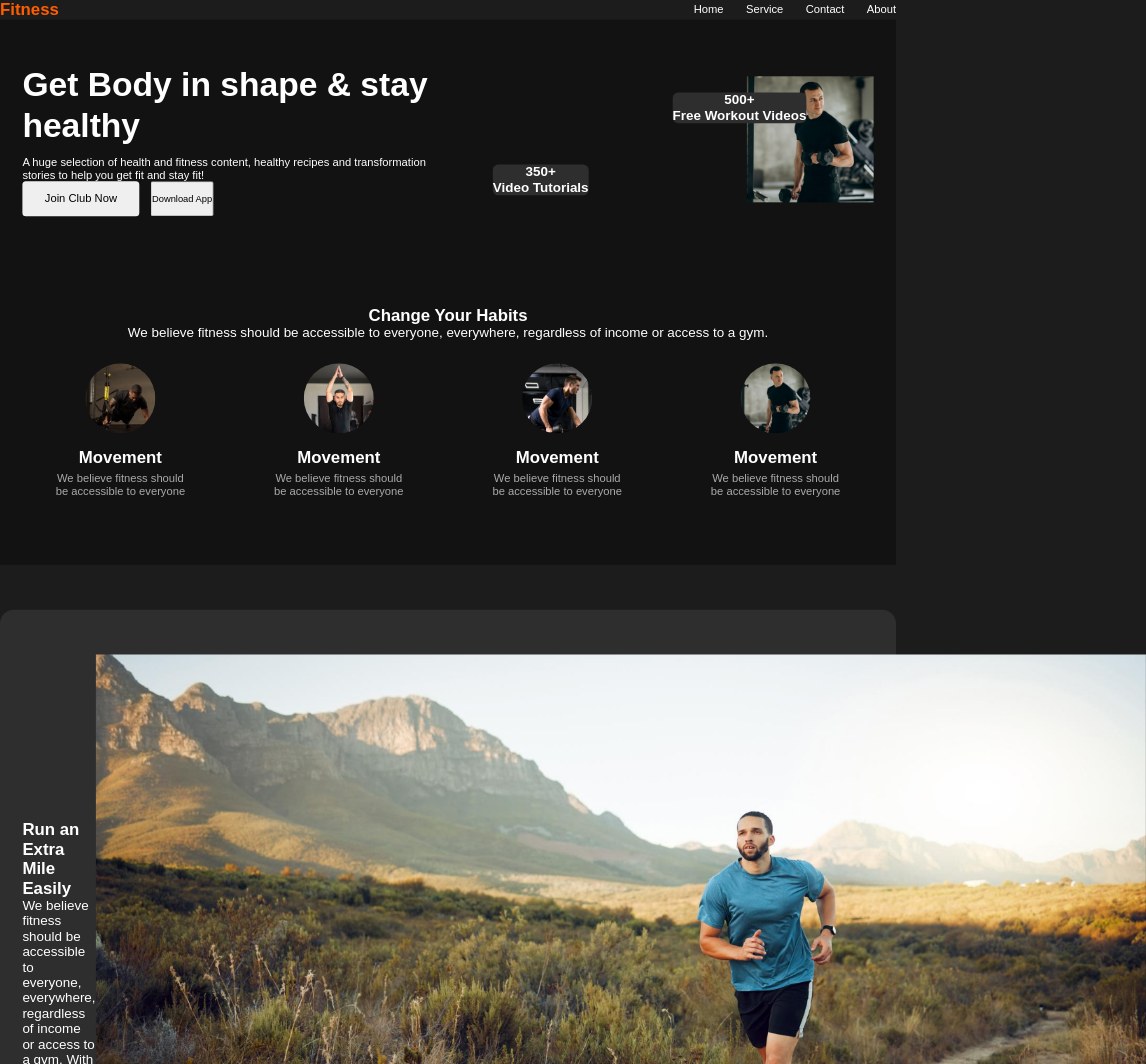
Repository: Aminul-Islam85/Assignment-2
Page: index.html
The author's editor kept a copy of each file at every save. The page is drawn from the files as they stood at one save, then again after the next save.
The browser window is 1280 px wide. The page is 1637 px wide, so the pictures cover 1637 px, including what lies to the right of the window. The pictures show the part of the page from y = 0 to 1520 px (the page is 8840 px tall before and 8872 px after), at 70% of full size.

Above is the page before, as saved 2024-10-23 17:43:34.

### index.html
<!DOCTYPE html>
<html lang="en">
<head>
    <meta charset="UTF-8">
    <meta name="viewport" content="width=device-width, initial-scale=1.0">
    <title>Fitness Website</title>
    <link rel="stylesheet" href="styles.css">
</head>
<body>

    <nav class="navbar">
        <h1 class="heading-text"></a>Fitness</h1>
        <ul class="nav-links">
            <li><a href="#"></a>Home</li>
            <li><a href="#"></a>Service</li>
            <li><a href="#"></a>Contact</li>
            <li><a href="#"></a>About</li>
        </ul>
        <div class="hamburger">
            <span></span>
            <span></span>
            <span></span>
        </div>
    </nav>

    <section class="hero">
        <div class="hero-content">
            <h1>Get Body in <span class="highlighted">shape</span> & stay healthy</h1>
            <p>A huge selection of health and fitness content, healthy recipes and transformation stories to help you get fit and stay fit!</p>
            <div class="hero-buttons">
                <button class="cta-btn join-btn"> Join Club Now</button>
                <button cta-btn download-btn>Download App</button>
            </div>
        </div>
        <div class="hero-image">
            <img src="images/image 5.png" alt="Trainer">
        </div>

        <div class="info-card workout-card">500+<br>Free Workout Videos</div>
        <div class="info-card tutorial-card">350+<br>Video Tutorials</div>
    </section>

    <section class="habits">
        <h1>Change Your Habits</h1>
        <p>We believe fitness should be accessible to everyone, everywhere, regardless of income or access to a gym.</p>
        <div class="habits-gallery">
            <div class="habit-item">
                <img src="images/image 3.png" alt="Movement">
                <h3>Movement</h3>
                <p>We believe fitness should be accessible to everyone</p>
            </div>
            <div class="habit-item">
                <img src="images/image 2.png" alt="Time">
                <h3>Movement</h3>
                <p>We believe fitness should be accessible to everyone</p>
            </div>
            <div class="habit-item">
                <img src="images/image 4.png" alt="Practice">
                <h3>Movement</h3>
                <p>We believe fitness should be accessible to everyone</p>
            </div>
            <div class="habit-item">
                <img src="images/image 5.png" alt="Wait Loss">
                <h3>Movement</h3>
                <p>We believe fitness should be accessible to everyone</p>
            </div>
        </div>

    </section>

    <section class="extra-mile">
        <div class="extra-mile-content">
            <h2>Run an Extra Mile Easily</h2>
            <p>We believe fitness should be accessible to everyone, everywhere, regardless of income or access to a gym. With hundreds of professional workouts.</p>
            <button class="cta-btn extra-mile-btn">Join NOW</button>
        </div>
        <div class="extra-mile-image">
            <img src="images/run.jpg" alt="Run Image">
        </div>
    </section>

    <section trainings-exercises>
        <h2>Trainings and Exercises</h2>
        <p>We believe fitness should be accessible to everyone, everywhere, regardless of income or access to a gym.</p>
        <div>
            <div class="exercise-item">
                <img src="images/exercise1.jpg" alt="Exercise-1">
                <div exercise-overlay>
                    <p>Lorem Ipsum</p>
                </div>

            </div>
            <div class="exercise-item">
                <img src="images/exercise2.png" alt="Exercise-2">
                <div exercise-overlay>
                    <p>Lorem Ipsum</p>
                </div>
            </div>
            <div class="exercise-item">
                <img src="images/exercise3.png" alt="Exercise-3">
                <div exercise-overlay>
                    <p>Lorem Ipsum</p>
                </div>
            </div>
            <div class="exercise-item">
                <img src="images/exercise4.png" alt="Exercise-4">
                <div exercise-overlay>
                    <p>Lorem Ipsum</p>
                </div>
            </div>
            <div class="exercise-item">
                <img src="images/exercise5.jpg" alt="Exercise-5">
                <div exercise-overlay>
                    <p>Lorem Ipsum</p>
                </div>
            </div>
            <div class="exercise-item">
                <img src="images/run.jpg" alt="">
                <div exercise-overlay>
                    <p>Lorem Ipsum</p>
                </div>
            </div>
        </div>
    </section>

    <section bmi-calculator>
        <div class="bmi-title">
            <h2>BMI Calculator</h2>
            <p>We believe fitness should be accessible to everyone, everywhere, regardless of income or access to a gym.</p>
        </div>
        <div class="bmi-content">
            <div class="bmi-chart">
                <h3>BMI Calculator Chart</h3>
                <table>
                    <thead>
                        <tr>
                            <th>BMI</th>
                            <th>Weight Status</th>
                        </tr>
                    </thead>
                    <tbody>
                        <tr>
                            <td>Below 18.5</td>
                            <td>Underweight</td>
                        </tr>
                        <tr>
                            <td>18.5 - 24.9</td>
                            <td>Healthy</td>
                        </tr>
                        <tr>
                            <td>25.0 - 29.9</td>
                            <td>Overweight</td>
                        </tr>
                        <tr>
                            <td>30.0 - and Above</td>
                            <td>Obese</td>
                        </tr>
                    </tbody>
                </table>
            </div>

            <div>
                <h3>Calculate your BMI</h3>
                <p>We believe fitness should be accessible to everyone, everywhere, regardless of income or access to a gym.</p>
                <form>
                    <input type="text" placeholder="Height/cm">
                    <input type="text" placeholder="Weight/kg">
                    <input type="text" placeholder="Age">
                    <select>
                        <option value="">Sex</option>
                        <option value="">Male</option>
                        <option value="">Female</option>
                    </select>
                    <select>
                        <option value="">Select an activity factor</option>
                        <option value="">Sedentary</option>
                        <option value="">Lightly active</option>
                        <option value="">Moderatly active</option>
                        <option value="">Very active</option>
                    </select>
                </form>
            </div>
        </div>
    </section>

    <section class="team-selection">
        <div class="team-title">
            <h2>Meet Our Team</h2>
            <p>We believe fitness should be accessible to everyone, everywhere, regardless of income or access to a gym.</p>
        </div>
        <div class="team-content">
            <div class="team-member">
                <img src="images/trainer1.png" alt="Jerome Bell">
                <div class="team-overlay">
                    <h3>Jerome Bell</h3>
                    <p>Trainer</p>
                </div>
            </div>
            <div class="team-member">
                <img src="images/trainer2.png" alt="Cameron Williamson">
                <div team-overlay>
                    <h3>Cameron Williamson</h3>
                    <p>Trainer</p>
                </div>
            </div>
            <div class="team-member">
                <img src="images/trainer3.png" alt="Darrell Steward">
                <div team-overlay>
                    <h3>Darrell Steward</h3>
                    <p>Trainer</p>
                </div>
            </div>
            <div class="team-member">
                <img src="images/trainer4.png" alt="Dianne Russell">
                <div team-overlay>
                    <h3>Dianne Russell</h3>
                    <p>Trainer</p>
                </div>
            </div>
            <div class="team-member">
                <img src="images/trainer5.png" alt="Cody Fisher">
                <div team-overlay>
                    <h3>Cody Fisher</h3>
                    <p>Trainer</p>
                </div>
            </div>
            <div class="team-member">
                <img src="images/trainer6.png" alt="Theresa Webb">
                <div team-overlay>
                    <h3>Theresa Webb</h3>
                    <p>Trainer</p>
                </div>
            </div>
        </div>
    </section>

    <footer class="footer-section">
        <div class="footer-content">
            <div class="footer-brand">
                <h2 class="footer-logo">Fitness</h2>
                <p>We believe fitness should be accessible to everyone, everywhere, regardless of income or access to a gym.</p>
            </div>
            <div class="footer-links">
                <h3>Get Startted</h3>
                <ul>
                    <li><a href="#">Service</a></li>
                    <li><a href="#">Contact Us</a></li>
                    <li><a href="#">Affiliate Program</a></li>
                    <li><a href="#">About Us</a></li>
                </ul>

            </div>
            <div class="footer-links">
                <h3>Get Started</h3>
                <ul>
                    <li><a href="#">Fitness</a></li>
                    <li><a href="#">Platform</a></li>
                    <li><a href="#">Workout Library</a></li>
                    <li><a href="#"></a>App Design</li>
                </ul>
            </div>
        </div>
    </footer>
</body>
</html>

### styles.css
/*Global Styles*/
* {
    margin: 0;
    padding: 0;
    box-sizing: border-box;
}

body {
    font-family: 'Arial', sans-serif;
    background-color:#1c1c1c;
    color: #fff;
}

/*Navbar*/
.navbar {
    display: flex;
    justify-content: space-between;
    align-items: center;
    padding: 1 rem 2 rem;
    background-color: transparent;
}

.heading-text {
    font-size: 1.5rem;
    color: #ff5e00;
}

/*nav-link hidden in moble*/
.nav-links {
    list-style: none;
    display: flex;
    gap: 2rem;
}

.nav-links a {
    color: #fff;
    text-decoration: none;
    font-size: 1rem;
}

/*Hamburger menu hidden in desktop*/
.hamburger {
    display: none;
    flex-direction: column;
    cursor: pointer;
}

.hamburger span {
    width: 25px;
    height: 3px;
    background-color: #fff;
    margin: 4px;
    transition: 0.3s;
}

/*responsiveness*/

@media (max-width: 768px) {
    .nav-links {
        display: none;
    }
    .hamburger {
        display: flex;
    }
    /*hamburger clicked show nav-links*/
    .navbar.active .nav-links {
        display: flex;
        flex-direction: column;
        position: absolute;
        top: 60px;
        right: 0;
        background-color: #121212;
        width: 100%;
        height: auto;
        text-align: center;
        padding: 1rem 0;
    }
    .nav-links li {
        margin: 1rem 0;
    }
}

/* Hero section*/
.hero {
    display: flex;
    justify-content: space-between;
    align-items: center;
    padding: 4rem 2rem;
    background-color: #121212;
    position: relative;
}
.hero-content {
    max-width: 50%;
}

.hero h1 {
    font-size: 3rem;
    line-height: 1.2;
    margin-bottom: 1rem;
}

.hero.highlighted {
    font-style: italic;
    font-weight: 700;
    color: #ff5e00;
}

hero p {
    font-size: 1.2rem;
    margin-bottom: 2rem;
}

.hero-buttons {
    display: flex;
    gap: 1rem;
}

.cta-btn {
    padding: 1rem 2rem;
    font-size: 1rem;
    border: none;
    border-radius: 5px;
    cursor: pointer;
}

.join.btn {
    background-color: #ff5e00;
    color: #fff;
}

.download-btn {
    background-color: transparent;
    border: 2px solid #fff;
    color: #fff;

}

.hero-image img {
    max-width: 100%;
    height: auto;
}

/*Info Cards*/
.info-card {
    position: absolute;
    background-color: #2e2e2e;
    color: white;
    border-radius: 8px;
    padding: 1re 1.5rem;
    font-size: 1.2rem;
    font-weight: bold;
    text-align: center;
}

.workout-card {
    top: 30%;
    right: 10%;
}

.tutorial-card {
    top: 60%;
    left: 55%;
}

/*Hero reponsive for mobile*/
@media (max-width: 768px) {
.hero {
    flex-direction: column;
    text-align: center;
}
.hero-content {
    max-width: 100%;
    margin-bottom: 2rem;
}
.hero-image img {
    max-width: 100%;
    height: auto;
}
.info-card {
    font-size: 1rem;
    padding: 0.75rem 1 rem;
    position: relative;
    margin: 1rem auto;
    width: auto;
}
.workout-card, .tutorial-card {
    top: auto;
    left: auto;
    right: auto;
    transform: none;
    margin-bottom: 1rem;
 }
}

/*Hero Buttons on mobile*/
@media (max-width:480px) {
    .hero-buttons {
        flex-direction: column;
        gap: 1rem;
    }
    .cta-btn {
        width: 100%;
    }
}

/*Change habit section*/
.habits {
    padding: 4rem 2rem;
    text-align: center;
    background-color: #121212;
}

.habits h2 {
    font-size: 2.5rem;
    margin-bottom: 1rem;
}

.habits p {
    font-size: 1.2rem;
    margin-bottom: 2rem;
}

.habits-gallery {
    display: flex;
    justify-content: space-around;
    align-items: center;
    flex-wrap: wrap;
    gap: 2rem;
}

.habit-item {
    text-align: center;
    max-width: 200px;
}

.habit-item img {
    width: 100px;
    height: 100px;
    border-radius: 50%;
    margin-bottom: 1rem;
}

.habit-item h3 {
    font-size: 1.5rem;
    margin-bottom: 0.5rem;
}
.habit-item p {
    font-size: 1rem;
    color: #aaa;
}

/*Extra mile section*/
.extra-mile {
    display: flex;
    justify-content: space-between;
    align-items: center;
    background-color: #2e2e2e;
    padding: 4rem 2rem;
    border-radius: 20px;
    margin: 4rem 0;
}

.extra-mile-content {
    max-width: 50%;
}
extra-mile h2 {
    font-size: 2.5rem;
    margin-bottom: 1rem;
}
.extra-mile p {
    font-size: 1.2rem;
    margin-bottom: 2rem;
}
.extra-mile btn {
    background-color: #ff5e00;
    color: white;
    border: none;
    padding: 1rem 2rem;
    border-radius: 5px;
    cursor: pointer;
}
.extra-mile image img {
    border-radius: 10px;
    max-width: 100%;
}
/*Footer*/
footer {
    text-align: center;
    padding: 1rem;
    background-color: #333;
    color: #fff;
    margin-top: 2rem;
}
/*responsive design*/
@media (max-width: 768px) {
    .hero h1 {
        font-size: 2rem;
    }
    .hero p {
        font-size: 1rem;
    }
    .extra-mile {
        flex-direction: column;
        text-align: center;
    }
    .extra-mile-content, .extra-mile-image {
        max-width: 100%;
    }
}

@media (max-width: 480px) {
    hero h1 {
        font-size: 1.5rem;
    }
    .hero p {
        font-size: 0.9rem;
    }
}

/* Trainings and Exercise*/
.trainings-exercises {
    padding: 4rem 2rem;
    text-align: center;
    background-color: #121212;
}

.trainings-exercises h2 {
    font-size: 2.5rem;
    margin-bottom: 1rem;
}
.trainings-exercises p {
    font-size: 1.2rem;
    margin-bottom: 2rem;
    color: #aaa;
}
.exercise-gallery {
    display: grid;
    grid-template-columns: repeat(3, 1fr);
    gap: 1rem;
}
.exercise-item {
    position: relative;
}
.exercise-item img {
    width: 100%;
    height: auto;
    border-radius: 10px;
}
.exercise-overlay {
    position: absolute;
    top: 0;
    left: 0;
    width: 100%;
    height: 100%;
    background-color: rgba(0, 0, 0, 0.5);
    color: white;
    display: flex;
    justify-content: center;
    align-items: center;
    opacity: 0;
    transition: opacity 0.3s ease;
    border-radius: 10px;
}
.exercise-item:hover .exercise-overlay {
    opacity: 1;
}
.exercise-overlay p {
    font-size: 1.2rem;
    text-align: center;
}

/*BMI*/
.bmi-calculator {
    background-color: #121212;
    padding: 4rem 2rem;
}
.bmi-title {
    text-align: center;
    margin-bottom: 2rem;
}
.bmi-title h2 {
    font-size: 2.5rem;
    margin-bottom: 1rem;
    color: #fff;
}
.bmi-title p {
    font-size: 1.2rem;
    color: #aaa;
}

/*calculator*/
.bmi-content {
    display: flex;
    justify-content: space-between;
    align-items: flex-start;
    background-color: #2e2e2e;
    padding: 2rem;
    border-radius: 20px;
}
.bmi-chart {
    flex: 1;
    margin-right: 2rem;
}
.bmi-chart h3 {
    color:#fff;
    margin-bottom: 1rem;
}
.bmi-chart table {
    width: 100%;
    border-collapse: collapse;
}
.bmi-chart table th, .bmi-chart table td {
    padding: 1rem;
    text-align: left;
    border: 1px solid #fff;
    color: #fff;
}
.bmi-form {
    flex: 1;
}
bmi-form h3 {
    color: #fff;
    margin-bottom: 1rem;
}
bmi-form p {
    margin-bottom: 2rem;
    color: #aaa;
}
.bmi-form input, .bmi-form select {
    width: 100%;
    padding: 1rem;
    margin-bottom: 1rem;
    border-radius: 5px;
    border: none;
    background-color: #333;
    color: #fff;
}
.bmi-form select {
    cursor: pointer;
}
.bmi-form .calculate-btn {
    background-color: #ff5e00;
    color: white;
    border: none;
    padding: 1rem 2rem;
    border-radius: 5px;
    cursor: pointer;
    width: 100%;
    text-align: center;
}

/*responsiveness*/
@media (max-width: 768px) {
    .bmi-content {
        flex-direction: column;
    }
    .bmi-chart {
        margin-right: 0;
        margin-bottom: 2rem;
    }
}

/*Meet our team*/
.team-selection {
    background-color: #121212;
    padding: 4rem 2rem;
}
.team-title {
    text-align: center;
    margin-bottom: 2rem;
}
.team-title h2 {
    font-size: 2.5rem;
    margin-bottom: 1rem;
    color: #fff;
}
.team-title p {
    font-size: 1.2rem;
    color: #aaa;
}

/*Team-content*/
.team-content {
    display: grid;
    grid-template-columns: repeat(3,1fr);
    gap: 1.5rem;
    background-color: #2e2e2e;
    padding: 2rem;
    border-radius: 20px;
}
.team-member {
    position: relative;
    border-radius: 10px;
    overflow: hidden;
}
.team-member img {
    width: 100%;
    height: auto;
    border-radius: 10px;
}
.team-overlay {
    position: absolute;
    bottom: 0;
    left: 0;
    width: 100%;
    background-color: rgba(0, 0, 0, 0.5);
    color: white;
    padding: 1rem;
    text-align: center;
    transition: background-color 0.3s ease;
}
.team-member:hover .team-overlay {
    background-color: rgba(0, 0, 0, 0.7);
}
.team-overlay h3 {
    margin: 0;
    font-size: 1.2rem;
}
.team-overlay p {
    margin: 0.5rem 0 0;
    font-size: 0.9rem;
}

/*responsive design*/
@media (max-width: 768px) {
    .team.content {
        grid-template-columns: repeat(2, 1fr);
    }
}

@media (max-width: 480px) {
    .team.content {
        grid-template-columns: 1fr;
    }
}

/*footer section*/
.footer-section {
    background-color: #2e2e2e;
    padding: 4rem 2rem;
    color: #fff;
}
.footer-content {
    display: flex;
    justify-content: space-between;
    align-items: flex-start;
    margin-bottom: 2rem;
}
.footer-logo {
    font-size: 2.5rem;
    color: #ff5e00;
}
.footer-content p {
    max-width: 300px;
    color: #aaa;
}
.footer-links {
    display: flex;
    flex-direction: column;
}
.footer-links h3 {
    margin-bottom: 1rem;
}
.footer-links ul {
    list-style: none;
    padding: 0;
}
.footer-links li {
    margin-bottom: 0.5rem;
}
.footer-links a {
    color: #fff;
    text-decoration: none;
    transition: 0.3s ease;
}
.footer-links a:hover {
    color: #ff5e00;
}
.footer-bottom {
    text-align: center;
    padding-top: 1rem;
    border-top: 1px solid #444;
    color: #aaa;
}

/*rensiveness*/
@media (max-width: 768px) {
    .footer-content {
        flex-direction: column;
        text-align: center;
    }
    .footer-links {
        margin-top: 2rem;
    }
}

After the next save:
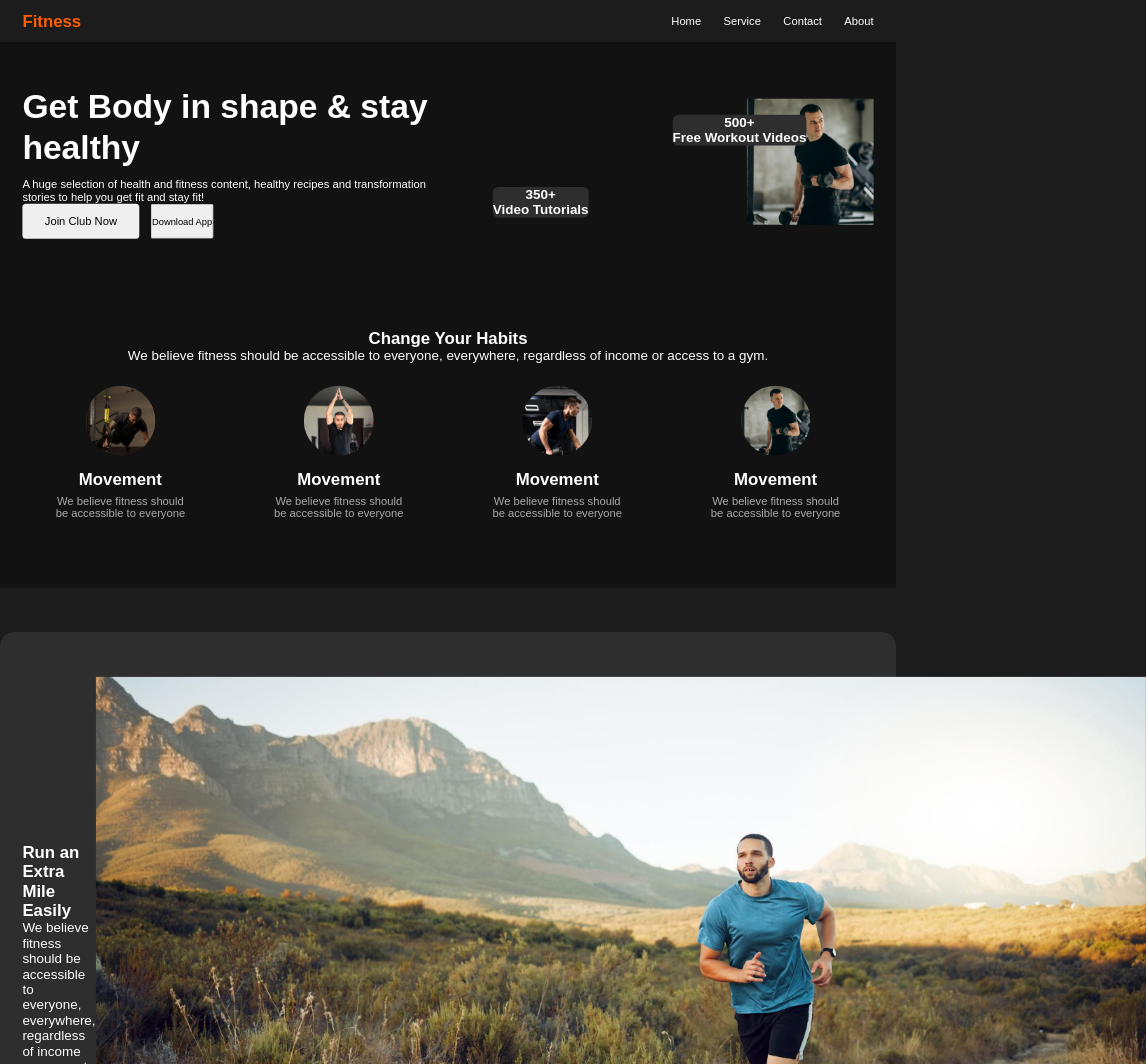
Saved 16 min 45 s later.
--- a/styles.css
+++ b/styles.css
@@ -16,7 +16,7 @@ body {
     display: flex;
     justify-content: space-between;
     align-items: center;
-    padding: 1 rem 2 rem;
+    padding: 1rem 2rem;
     background-color: transparent;
 }
 
